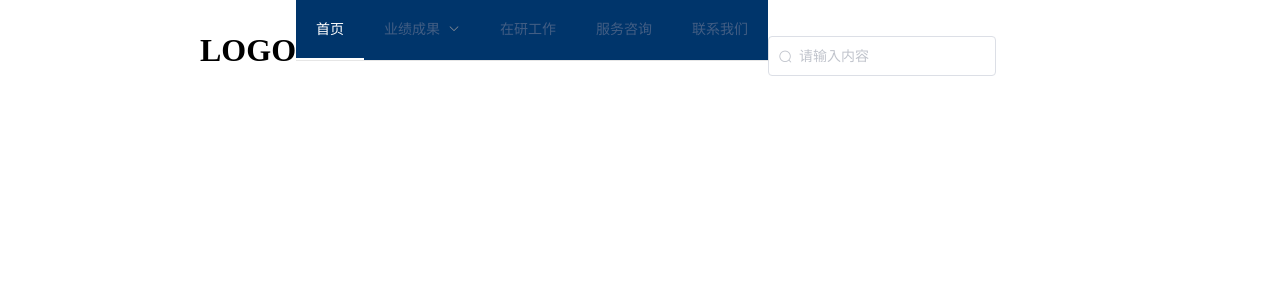
Repository: BLSY/xzust
Page: /
An editor plug-in stored every save of this project. The page is shown before and after the next save, followed by the edit.
The browser window is 1280 px wide. The pictures show the whole page.
The project was rebuilt for these pictures with package versions that can differ from the ones it lists, and the page was loaded fresh each time.

Above is the page before, as saved 2022-11-26 20:28:19.

### index.html
<!DOCTYPE html>
<html>
  <head>
    <meta charset="utf-8">
    <meta name="viewport" content="width=device-width,initial-scale=1.0">
    <title>student</title>
  </head>
  <body style="margin:0;">
    <div id="app"></div>
    <!-- built files will be auto injected -->
  </body>
</html>

### src/main.js
// The Vue build version to load with the `import` command
// (runtime-only or standalone) has been set in webpack.base.conf with an alias.
import Vue from 'vue'
import App from './App'
import ElementUI from 'element-ui';
import 'element-ui/lib/theme-chalk/index.css';
import router from './router'

Vue.use(ElementUI);
Vue.config.productionTip = false

/* eslint-disable no-new */
new Vue({
  el: '#app',
  router,
  components: { App },
  template: '<App/>'
})

### src/App.vue
<template>
  <div id="app">
    <router-view/>
  </div>
</template>

<script>
export default {
  name: 'App'
}
</script>

<style>
#app {

}
</style>

### src/components/HelloWorld.vue
<template>
  <div class="indexBox">
    <div class="nav">
      <div class="login">LOGO</div>
      <div class="navList">
        <el-menu
          :default-active="activeIndex2"
          class="el-menu-demo"
          mode="horizontal"
          @select="handleSelect"
          background-color="#00356B"
          text-color="#425E84"
          active-text-color="#fff"
        >
          <el-menu-item index="1">首页</el-menu-item>
          <el-submenu index="2">
            <template slot="title">业绩成果</template>
            <el-menu-item index="2-1">选项1</el-menu-item>
            <el-menu-item index="2-2">选项2</el-menu-item>
            <el-menu-item index="2-3">选项3</el-menu-item>
          </el-submenu>
          <el-menu-item index="3">在研工作</el-menu-item>
          <el-menu-item index="4">服务咨询</el-menu-item>
          <el-menu-item index="5">联系我们</el-menu-item>
        </el-menu>
      </div>
      <div class="serch">
        <el-input
          placeholder="请输入内容"
          prefix-icon="el-icon-search"
          v-model="input2"
        >
        </el-input>
      </div>
    </div>
  </div>
</template>

<script>
export default {
  name: "HelloWorld",
  data() {
    return {
      activeIndex2: "1",
      input2: "",
    };
  },
  props: {
    msg: String,
  },
  methods: {
    handleSelect(key, keyPath) {
      console.log(key, keyPath);
    },
  },
};
</script>

<!-- Add "scoped" attribute to limit CSS to this component only -->
<style scoped >
.indexBox {
  width: 100%;
  height: 100%;
  position: relative;
  display: flex;
  justify-content: center;
  align-items: center;

}
.nav {
  display: inline-block;
  width: 100%;
}
.login {
  display: inline-block;
  font-size: 32px;
  font-weight: bold;
  font-family: MicrosoftYaHei;
  margin-left: 200px;
}
.navList{
  display: inline-block;
}
.serch{
  display: inline-block;
}
</style>

Loaded but not shown: src/router/index.js (common file)

After the next save:
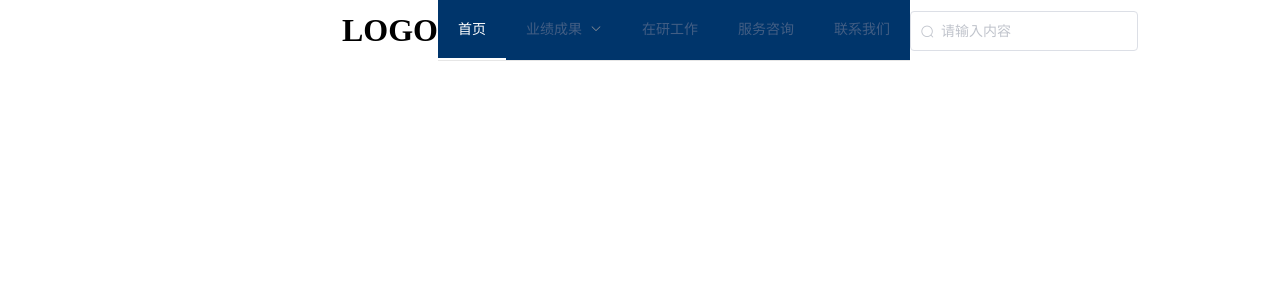
Saved 96 s later.
--- a/src/components/HelloWorld.vue
+++ b/src/components/HelloWorld.vue
@@ -62,14 +62,14 @@ export default {
   width: 100%;
   height: 100%;
   position: relative;
-  display: flex;
-  justify-content: center;
-  align-items: center;
+
 
 }
 .nav {
-  display: inline-block;
   width: 100%;
+   display: flex;
+  justify-content: center;
+  align-items: center;
 }
 .login {
   display: inline-block;
